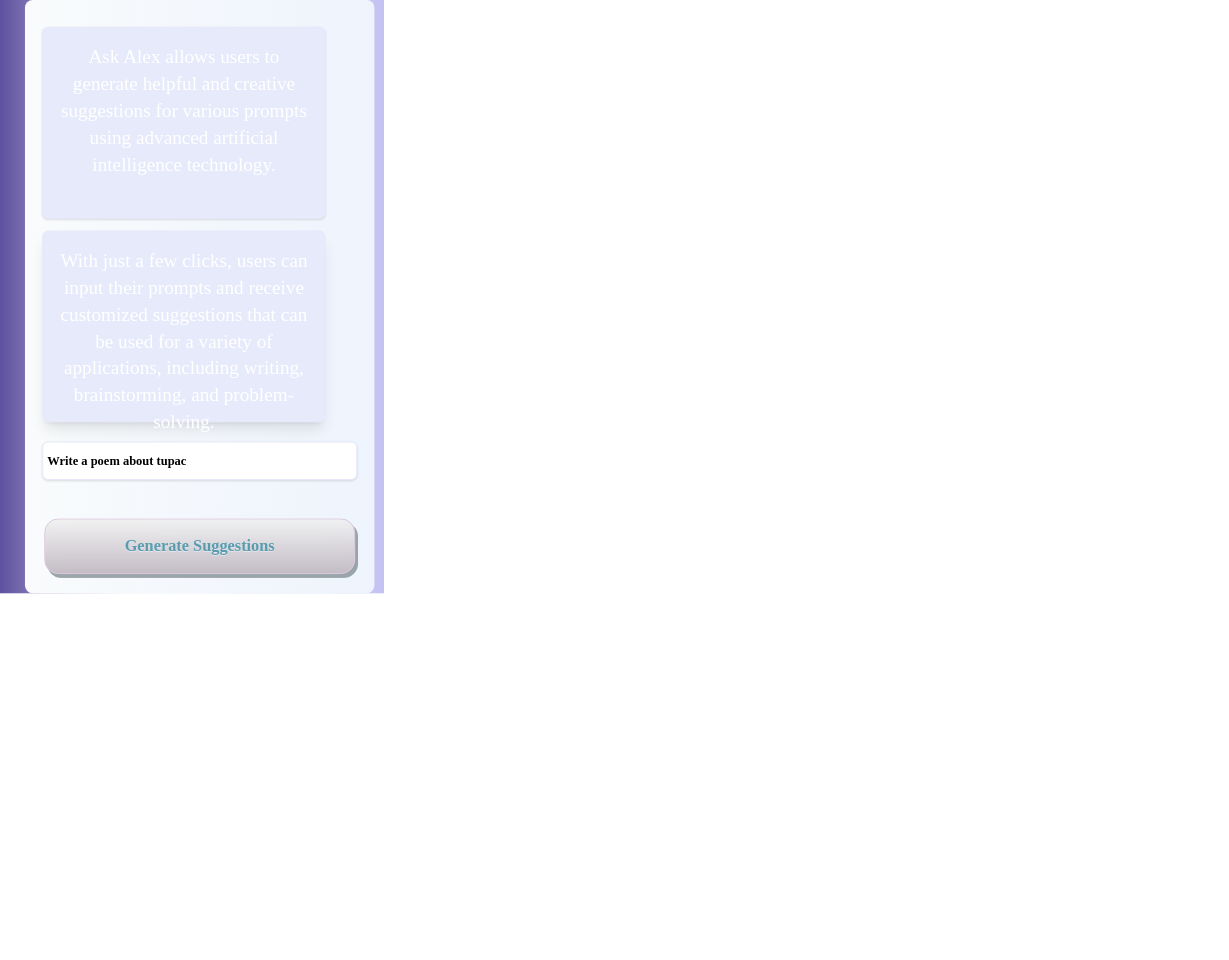
Repository: djdjdallas/AskAlex
Page: /
An editor plug-in stored every save of this project. The page is shown before and after the next save, followed by the edit.
The browser window is 1280 px wide. The pictures show the whole page, at 96% of full size.
The project was rebuilt for these pictures with package versions that can differ from the ones it lists, and the page was loaded fresh each time. Also part of the build but not shown: webpack.config.js.

Above is the page before, as saved 2023-02-27 17:36:30.

### src/App.js
import "./App.css";
import Popup from "./popup";

function App() {
  return (
    <div className="App w-[500px]">
      <header className="App-header bg-gradient-to-r from-[#5E50A0] via-[#EDF4EF] to-[#C4C2F3] w-[25rem]">
        <div className="bg-gradient-to-r from-[#5E50A0] via-[#EDF4EF] to-[#C4C2F3]  w-[100%] flex justify-center items-center"></div>
        <Popup />
      </header>
    </div>
  );
}

export default App;

### src/App.css
.App {
  text-align: center;
  width: 500px;
  height: 1000px;
}

.App-logo {
  height: 40vmin;
  pointer-events: none;
}

@media (prefers-reduced-motion: no-preference) {
  .App-logo {
    animation: App-logo-spin infinite 20s linear;
  }
}

.App-header {
  background: rgb(94,80,160);
  background: linear-gradient(90deg, rgba(94,80,160,1) 0%, rgba(237,244,239,1) 35%, rgba(196,194,243,1) 100%);
  display: flex;
  flex-direction: column;
  align-items: center;
  justify-content: center;
  font-size: calc(10px + 2vmin);
  color: white;
}
.input{
  font-size: small;
  border: 1px solid #E7EAFB;
  width: 90%;
  height: 40px;
}
.infoBox{
  width: 90%;
  height: 200px;
  background-color: #E7EAFB;
  border: 1px solid #E7EAFB;

}
.myButton {
	box-shadow: 3px 4px 0px 0px #899599;
	background:linear-gradient(to bottom, #ededed 5%, #bab1ba 100%);
	background-color:#ededed;
	border-radius:15px;
	border:1px solid #d6bcd6;
	display:inline-block;
	cursor:pointer;
	color:#3a8a9e;
	font-family:Arial;
	font-size:17px;
	padding:12px 39px;
	text-decoration:none;
	text-shadow:0px 1px 0px #e1e2ed;
}
.myButton:hover {
	background:linear-gradient(to bottom, #bab1ba 5%, #ededed 100%);
	background-color:#bab1ba;
}
.myButton:active {
	position:relative;
	top:1px;
}

.App-link {
  color: #61dafb;
}

@keyframes App-logo-spin {
  from {
    transform: rotate(0deg);
  }
  to {
    transform: rotate(360deg);
  }
}

### src/popup.js
import React, { useState } from "react";

function Popup() {
  const [prompt, setPrompt] = useState("");
  const [suggestions, setSuggestions] = useState([]);
  const [isLoading, setIsLoading] = useState(false);

  function handleInputChange(event) {
    setPrompt(event.target.value);
  }

  async function generateSuggestions() {
    const API_KEY = "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";
    const API_URL =
      "https://api.openai.com/v1/engines/text-davinci-003/completions";
    setIsLoading(true);
    const response = await fetch(API_URL, {
      method: "POST",
      headers: {
        "Content-Type": "application/json",
        Authorization: `Bearer ${API_KEY}`,
      },
      body: JSON.stringify({
        prompt: `Provide 3 better prompts along with context ideas to ask chatgpt to ${prompt}.\n\n1.`,
        max_tokens: 1000,
        n: 1,
        temperature: 0.7,
      }),
    });

    const data = await response.json();

    const suggestedPrompts = data.choices[0].text.split("\n");
    console.log(isLoading);
    setSuggestions(suggestedPrompts);
  }
  function handleCopy(suggestion) {
    navigator.clipboard.writeText(suggestion);
  }

  return (
    <div className="ml-4 popup w-[91%] flex flex-col bg-gradient-to-r from-[#f9fbfc] to-[#eef4fd] rounded-lg">
      <div className="flex justify-center items-center w-[100%] mt-3">
        {suggestions ? (
          <div className="infoContainer w-[90%] h-[100%] mt-4 text-xl space-y-3 flex-row justify-center items-center">
            <div className="infoBox border-[1px] border-purple-300 p-4 rounded-md shadow bg-white ">
              <h1 style={{ fontFamily: "Baskeville" }}>
                Ask Alex allows users to generate helpful and creative
                suggestions for various prompts using advanced artificial
                intelligence technology.
              </h1>
            </div>
            <div className="infoBox border-[1px] border-purple-300 rounded-md shadow-lg p-4 bg-white ">
              <h1
                style={{
                  fontFamily: "Baskeville",
                }}
              >
                With just a few clicks, users can input their prompts and
                receive customized suggestions that can be used for a variety of
                applications, including writing, brainstorming, and
                problem-solving.
              </h1>
            </div>
          </div>
        ) : null}
      </div>
      <div className="flex justify-center items-center my-5">
        <input
          style={{ fontFamily: "Baskeville" }}
          className="input shadow outline-none focus:outline-none focus:ring text-sm font-bold border-2 border-[#E7EAFB] rounded-md w-[90%]  h-20 placeholder:text-black placeholder:pl-1
          "
          type="text"
          value={prompt}
          onChange={handleInputChange}
          placeholder="Write a poem about tupac"
        />
      </div>
      <button
        style={{ fontFamily: "Baskeville" }}
        className="myButton cursor-pointer text-2xl font-bold bg-gradient-to-r from-[#8C61FF] to-[#0BB2FF] rounded-md p-2 m-5 text-white
         animate-pulse transition transform duration-300 ease-in-out hover:shadow-xl shadow-md"
        onClick={generateSuggestions}
      >
        Generate Suggestions
      </button>
      {suggestions.length > 0 ? (
        <ul
          className="text-xl font-bold flex-row p-2 space-y-3 "
          style={{ fontFamily: "Baskeville" }}
        >
          {suggestions.map((suggestion, index) => (
            <li
              className=" text-white ml-1 bg-gradient-to-r from-[#5E50A0] to-[#C4C2F3] rounded-md p-2 "
              key={index}
            >
              {suggestion}
              <button
                className="cursor-pointer"
                onClick={() => handleCopy(suggestion)}
              ></button>
            </li>
          ))}
        </ul>
      ) : (
        <p className="font-bold text-2xl text-center">
          {isLoading ? "Alex is thinking..." : ""}
        </p>
      )}
    </div>
  );
}

export default Popup;

Loaded but not shown: public/index.html (common file); src/index.js (common file); src/index.css (common file); src/reportWebVitals.js (common file); tailwind.config.js (common file)

After the next save:
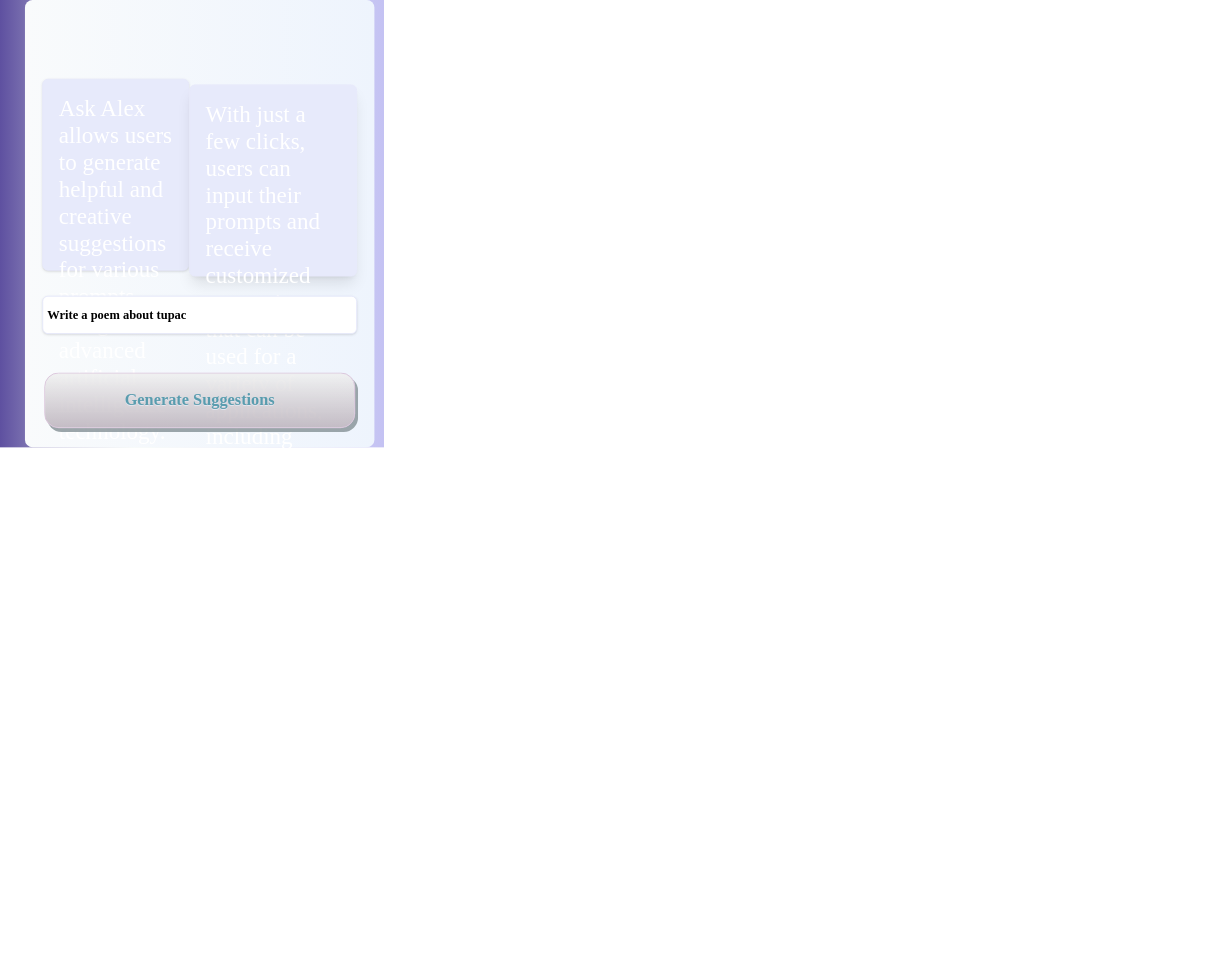
Saved 64 s later.
--- a/src/App.css
+++ b/src/App.css
@@ -38,6 +38,17 @@
   border: 1px solid #E7EAFB;
 
 }
+.infoContainer{
+  width: 90%;
+  height: 100%;
+  margin-top: 4rem;
+  text-align: left;
+  font-size: 1.5rem;
+  display: flex;
+  flex-direction: row;
+  justify-content: center;
+  align-items: center;
+}
 .myButton {
 	box-shadow: 3px 4px 0px 0px #899599;
 	background:linear-gradient(to bottom, #ededed 5%, #bab1ba 100%);
